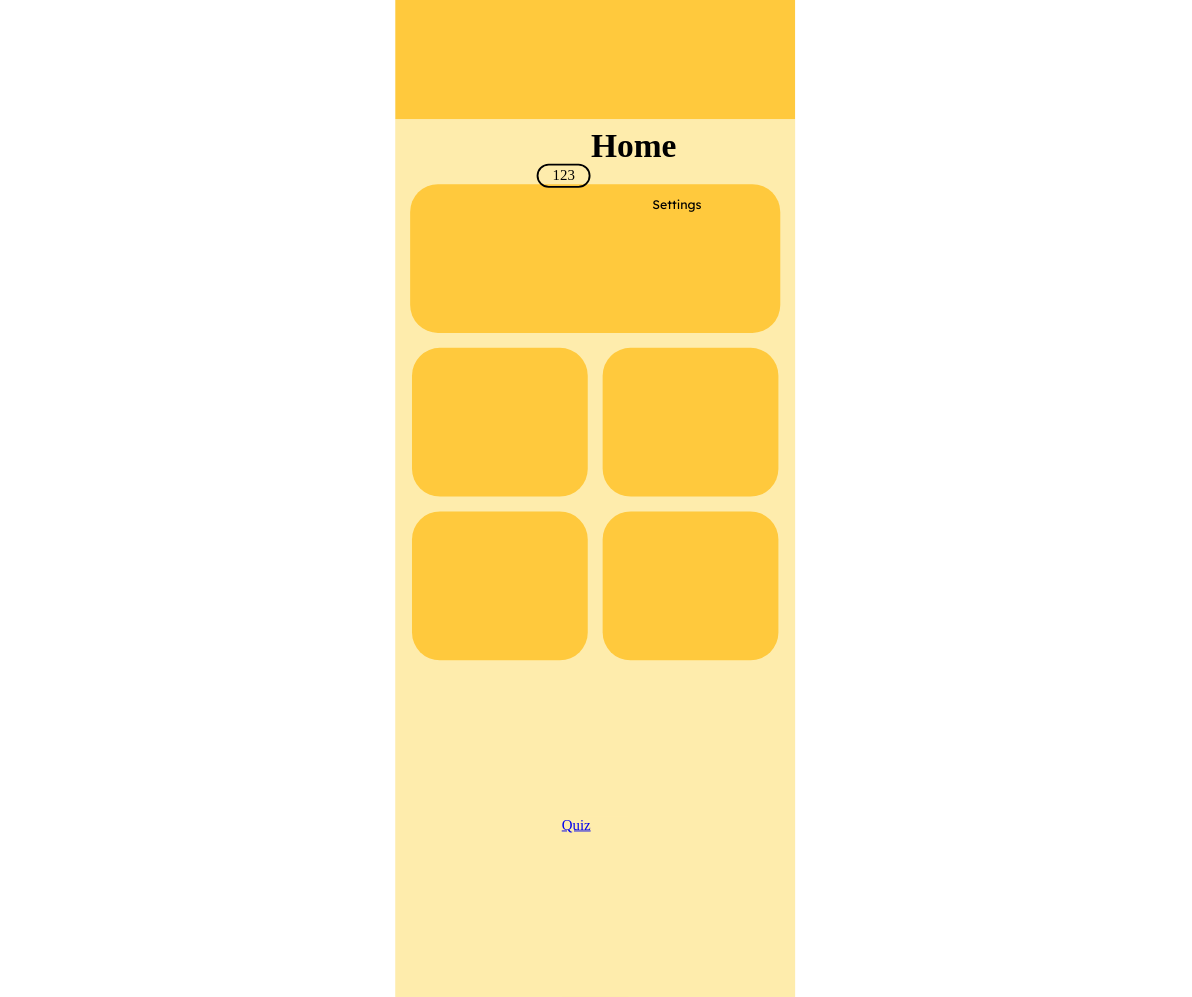
Repository: kellyzyhuang/HiveFive
Page: /
The author's editor kept a copy of each file at every save. The page is drawn from the files as they stood at one save, then again after the next save.
The browser window is 1280 px wide. The page is 1282 px wide, so the pictures cover 1282 px, including what lies to the right of the window. The pictures show the whole page, at 93% of full size.
Some web fonts or font styles are not loaded; a fallback is used. The project was rebuilt for these pictures with package versions that can differ from the ones it lists, and the page was loaded fresh each time. The framework's server and built-in components were replaced by stand-ins that run in the browser. Also part of the build but not shown: next.config.js.

Above is the page before, as saved 2024-04-07 19:31:08.

### pages/index.js
import Head from 'next/head'
import Image from 'next/image'
import styles from '@/styles/Home.module.css'
import Header from '@/components/Header';
import NavBar from '@/components/NavBar';
export default function Home() {
  return (
    <>
      <Head>
        <title>Hive Five</title>
        <meta name="description" content="Save the bees one question at a time" />
        <meta name="viewport" content="width=device-width, initial-scale=1" />
        <link rel="icon" href="/favicon.ico" />
        <link rel="preconnect" href="https://fonts.googleapis.com"/>
        <link rel="preconnect" href="https://fonts.gstatic.com" crossorigin/>
        <link href="https://fonts.googleapis.com/css2?family=Besley:ital,wght@0,400..900;1,400..900&family=Lexend:wght@100..900&display=swap" rel="stylesheet"></link>
      </Head>
      <main className={styles.main}>
        <div className={styles.screen}>
          <Header title="Home"/>
          <div className={styles.buffer}></div>
            <img/>
            <div className={styles.activityGraph}></div>
            <div className={styles.gallery}>
              <div className={styles.item}></div>
              <div className={styles.item}></div>
              <div className={styles.item}></div>
              <div className={styles.item}></div>
            </div>
            <NavBar className={styles.nav}/>
        </div>
      </main>
    </>
  )
}

### styles/globals.css
:root {
  --secondary-color: #FEECAC;
  --accent-color: #FFC93D;
  --tertiary-color: #4D6A58;
  --black-text: #0000;
  --incorrect: #851313;
  --correct: #1E3E19;
  --shadow: #D5D1A7;
}

### styles/Home.module.css
.main {
  display: flex;
  justify-content: center;
  background-color: var(--black-text);
  min-height: 100vh;
  margin: -10px;
}

.screen {
  width: 430px;
  height: 100%;
  background-color: var(--secondary-color);
  display: flex;
  justify-content: center;
  flex-wrap: wrap;
}

.buffer{
  height: 10rem;
  width: 100%;
}

.screen img {
  background-color: var(--accent-color);
  width: 100%;
  border-radius: 30px;
  margin: 1rem;
}

.activityGraph {
  width: 100%;
  border-radius: 30px;
  height: 10rem;
  background-color: var(--accent-color);
  margin: 0.5rem 1rem;
}

.gallery {
  display: flex;
  flex-wrap: wrap;
  justify-content: center;
  width: 100%;
  margin-bottom: 10rem;
}

.item {
  width: 44%;
  height: 10rem;
  background-color: var(--accent-color);
  border-radius: 30px;
  margin: 0.5rem;
}

.nav {
  background-color: var(--accent-color);
  height: 9rem;
  width: 430px;
  position: fixed;
  bottom: 0;
  z-index: 1000;
}

### components/Header/index.js
import styles from './Header.module.css';
import Image from 'next/image';
import Link from 'next/link';

export default function Header({ title }) {
  return(
    <header className={styles.header}>
      {/* <Image src="/images/bee.png" alt="bee icon" width={1} height={1}/>  */}
      {/* exit button will be here */}
      <ul className={styles.list}>
        <li className={styles.listItem}>
          <div className={styles.counter}>123</div>
        </li>
        <li className={styles.listItem}>
          <h1 className={styles.pageTitle}>{title}</h1>
        </li>
        <li className={styles.listItem}>
          <button className={styles.settings}><Link href="/Settings"><Image className={styles.settingsImg}/>Settings</Link></button>
        </li>
      </ul>
    </header>
  )
}

### components/NavBar/index.js
import styles from "./NavBar.module.css";
import Images from "next/Images";

export default function NavBar(){
    return(
        <nav className={styles.navBar}>
            <a href={"/"}>Quiz</a> {/* will change to icon*/}
            <div className={styles.navMenu}>{/* will add */}
            <ul className={styles.navList}>
                <li className={styles.activity}>
                    <a href={"/"}>
                        <img/>
                        <span className={styles.label}></span>
                    </a>
                </li>
                <li className={styles.learnMore}>
                    <a href={"/"}>
                        <img/>
                        <span className={styles.label}></span>
                    </a>
                </li>
                <li className={styles.settings}>
                    <a href="/">
                        <img/>
                        <span className={styles.label}></span>
                    </a>
                </li>
                <li className={styles.home}>
                    <a href={"/"}>
                        <img/>
                        <span className={styles.label}></span>
                    </a>
                </li>
            </ul>
            </div>
        </nav>
    )
}

### components/Header/Header.module.css
.header {
  background-color: var(--accent-color);
  height: 8rem;
  width: 430px;
  position: fixed;
  top: 0;
  z-index: 1000;
  display: flex;
}

.list {
  list-style-type: none;
  display: flex;
  justify-content: space-between;
  margin: 7rem;
}

.pageTitle {
  font-size: 2.25rem;
  width: 100%;
  font-family: 'Besley', serif;
}

.counter {
  border: 2px solid black;
  width: 3rem;
  height: 1rem;
  padding: 0.2rem;
  border-radius: 20px;
  background-color: none;
  display: flex;
  justify-content: center;
  align-items: center;
  margin-top: 4rem;
}

.settings {
  transform: translate(-2rem);
  margin-top: 4rem;
  background-color: inherit;
  border: none;
  font-family: 'Lexend', sans-serif;
}

.settings a{
  color: black;
  text-decoration: none;
}

### components/NavBar/NavBar.module.css
.navBar{
    background-color: var(--secondary-color);
    color: var(--black-text);
}

Loaded but not shown: pages/_app.js (common file); pages/_document.js (common file)

After the next save:
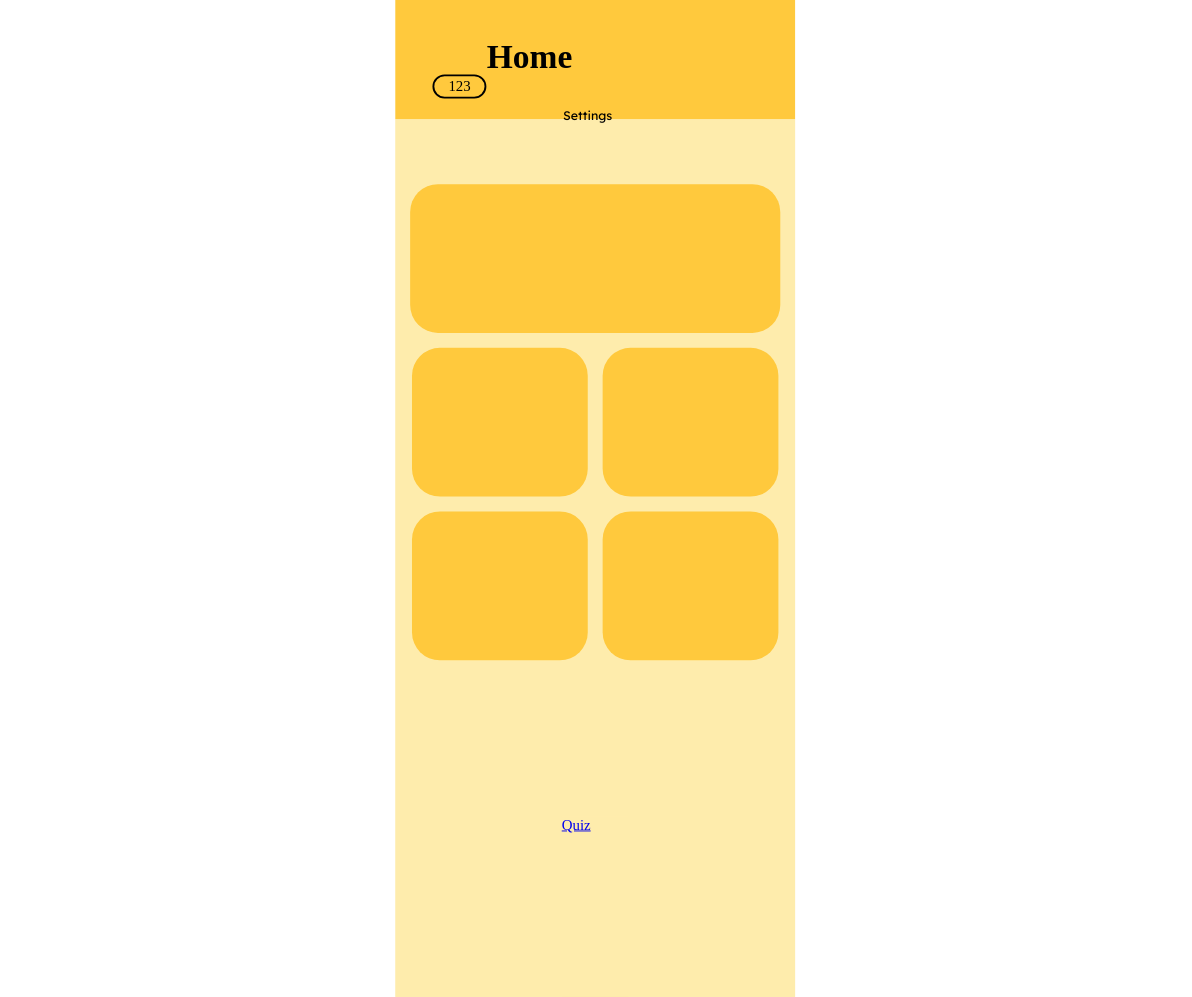
Saved 5 s later.
--- a/components/Header/Header.module.css
+++ b/components/Header/Header.module.css
@@ -12,7 +12,7 @@
   list-style-type: none;
   display: flex;
   justify-content: space-between;
-  margin: 7rem;
+  margin-right: 7rem;
 }
 
 .pageTitle {
